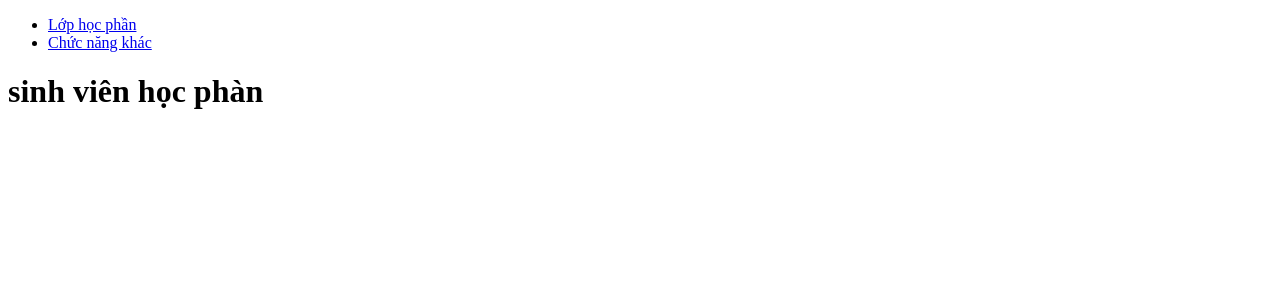
Repository: huycodedie/thuctap
Page: http://localhost/cnpm/test/index.php
These files come from the project's save history. The page is drawn as it stood at one moment and after the next save; the edit follows.
The browser window is 1280 px wide. The pictures show the whole page.
The page is run by PHP 8.4 with error messages shown; the project is at /var/www/html/.

Above is the page before, as saved 2024-12-07 17:34:59.

After the next save:
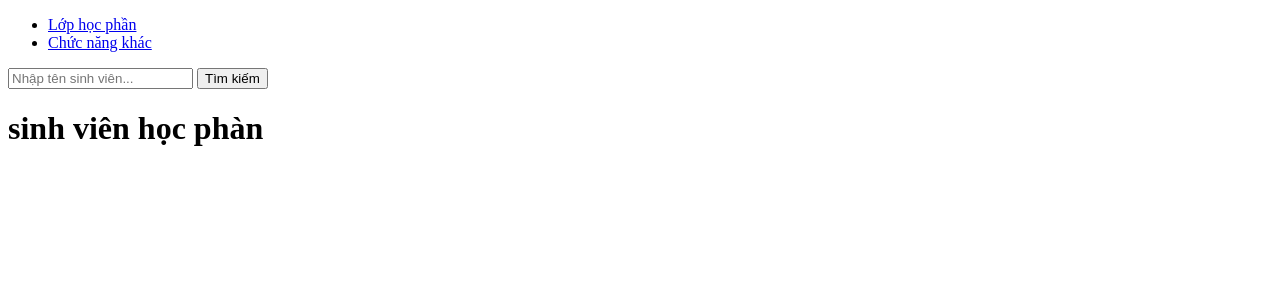
Saved 53 s later.
--- a/test/index.php
+++ b/test/index.php
@@ -16,6 +16,10 @@
     </div>
 
     <div id="content">
+    <form id="search-form">
+        <input type="text" name="search" id="search" placeholder="Nhập tên sinh viên..." autocomplete="off">
+        <button type="submit">Tìm kiếm</button>
+    </form>
         <!-- Nội dung thay đổi sẽ được tải vào đây -->
         <?php include("svhocphan.php"); ?>
     </div>
